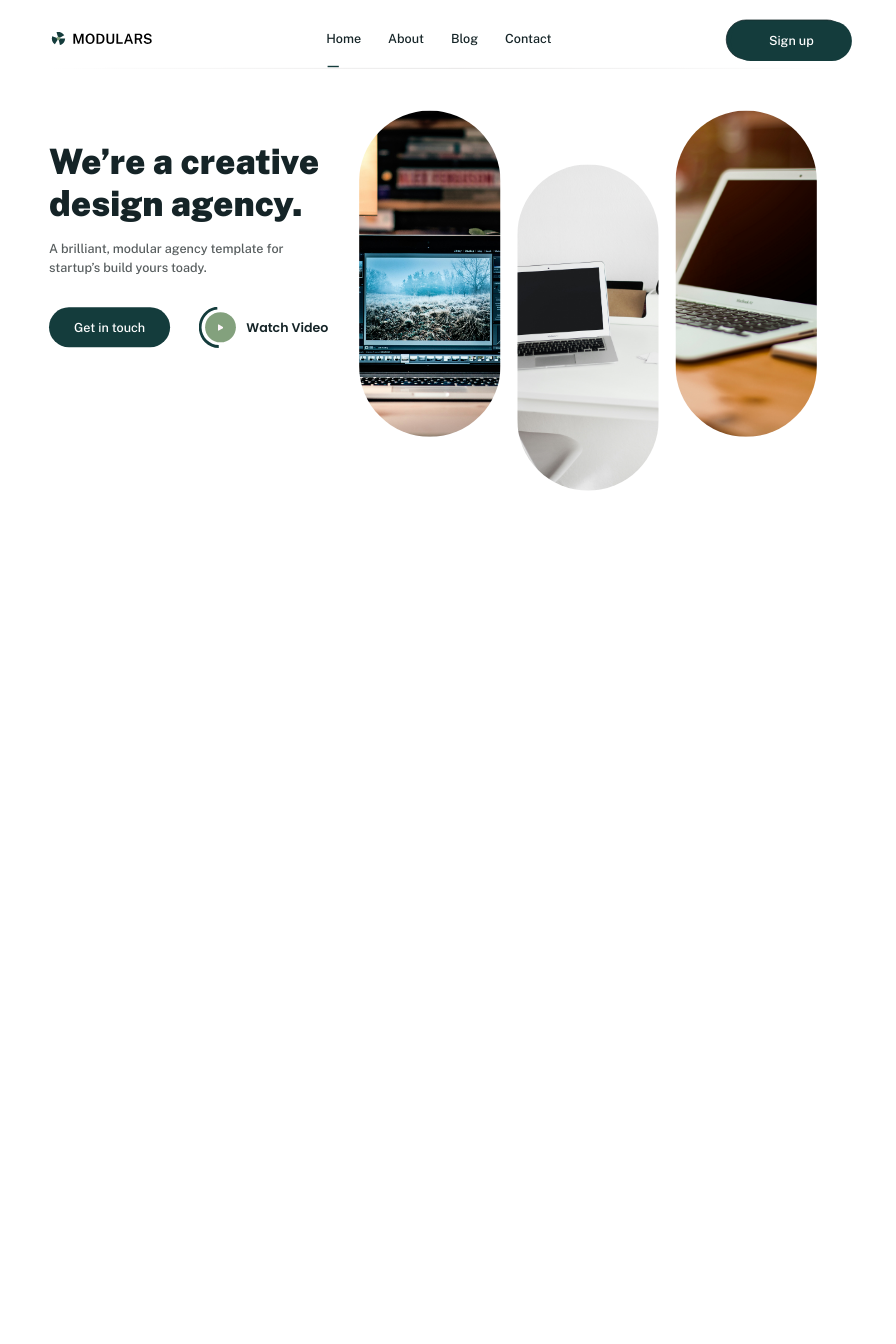
Repository: Learncode-every-day/Project-3.1
Page: index.html
An editor plug-in stored every save of this project. The page is shown before and after the next save, followed by the edit.
The browser window is 1280 px wide. The pictures show the part of the page from y = 0 to 1920 px (the page is 5015 px tall), at 70% of full size.

Above is the page before, as saved 2024-06-23 16:00:51.

### index.html
<!DOCTYPE html>
<html lang="en">
    <head>
        <meta charset="UTF-8" />
        <meta name="viewport" content="width=device-width, initial-scale=1.0" />
        <title>Project 3.1</title>
        <!-- Favicon -->
        <link
            rel="apple-touch-icon"
            sizes="57x57"
            href="./assets/favicon/apple-icon-57x57.png"
        />
        <link
            rel="apple-touch-icon"
            sizes="60x60"
            href="./assets/favicon/apple-icon-60x60.png"
        />
        <link
            rel="apple-touch-icon"
            sizes="72x72"
            href="./assets/favicon/apple-icon-72x72.png"
        />
        <link
            rel="apple-touch-icon"
            sizes="76x76"
            href="./assets/favicon/apple-icon-76x76.png"
        />
        <link
            rel="apple-touch-icon"
            sizes="114x114"
            href="./assets/favicon/apple-icon-114x114.png"
        />
        <link
            rel="apple-touch-icon"
            sizes="120x120"
            href="./assets/favicon/apple-icon-120x120.png"
        />
        <link
            rel="apple-touch-icon"
            sizes="144x144"
            href="./assets/favicon/apple-icon-144x144.png"
        />
        <link
            rel="apple-touch-icon"
            sizes="152x152"
            href="./assets/favicon/apple-icon-152x152.png"
        />
        <link
            rel="apple-touch-icon"
            sizes="180x180"
            href="./assets/favicon/apple-icon-180x180.png"
        />
        <link
            rel="icon"
            type="image/png"
            sizes="192x192"
            href="./assets/favicon/android-icon-192x192.png"
        />
        <link
            rel="icon"
            type="image/png"
            sizes="32x32"
            href="./assets/favicon/favicon-32x32.png"
        />
        <link
            rel="icon"
            type="image/png"
            sizes="96x96"
            href="./assets/favicon/favicon-96x96.png"
        />
        <link
            rel="icon"
            type="image/png"
            sizes="16x16"
            href="./assets/favicon/favicon-16x16.png"
        />
        <link rel="manifest" href="./assets/favicon/manifest.json" />
        <meta name="msapplication-TileColor" content="#ffffff" />
        <meta
            name="msapplication-TileImage"
            content="./assets/favicon/ms-icon-144x144.png"
        />
        <meta name="theme-color" content="#ffffff" />
        <!-- Reset CSS -->
        <link rel="stylesheet" href="./assets/css/reset.css" />
        <!-- Embed Fonts -->
        <link rel="stylesheet" href="./assets/fonts/stylesheet.css" />
        <!-- Style CSS -->
        <link rel="stylesheet" href="./assets/css/style.css" />
    </head>
    <body style="height: 5000px">
        <!-- Header -->
        <header class="header">
            <div class="container">
                <!-- Header top -->
                <div class="header-top">
                    <!-- Logo -->
                    <a href="#!">
                        <img src="./assets/icons/logo.svg" alt="Modulars" />
                    </a>

                    <!-- Navbar -->
                    <nav class="navbar">
                        <ul class="navbar__list">
                            <li class="navbar__item">
                                <a
                                    href="#!"
                                    class="navbar__link navbar__link--active"
                                    >Home</a
                                >
                            </li>
                            <li class="navbar__item">
                                <a href="#!" class="navbar__link">About</a>
                            </li>
                            <li class="navbar__item">
                                <a href="#!" class="navbar__link">Blog</a>
                            </li>
                            <li class="navbar__item">
                                <a href="#!" class="navbar__link">Contact</a>
                            </li>
                        </ul>
                    </nav>

                    <!-- Action -->
                    <button class="header-action">
                        <a href="#!" class="btn">Sign up</a>
                    </button>
                </div>
                <div class="separate-line"></div>
            </div>
        </header>

        <main>
            <!-- Hero -->
            <section class="hero">
                <div class="container">
                    <div class="hero__inner">
                        <!-- Hero Content -->
                        <section class="hero__content">
                            <h1 class="hero__heading">
                                We’re a creative design agency.
                            </h1>
                            <p class="hero__desc">
                                A brilliant, modular agency template for
                                startup’s build yours toady.
                            </p>
                            <div class="hero__row">
                                <a href="#!" class="btn">Get in touch</a>
                                <div class="hero-action">
                                    <div class="play-btn">
                                        <img
                                            src="./assets/icons/eclip.svg"
                                            alt="eclip"
                                            class="eclip-icon"
                                        />
                                        <img
                                            src="./assets/icons/play.svg"
                                            alt="Play button"
                                            class="play-icon"
                                        />
                                    </div>
                                    <span class="hero-action__desc"
                                        >Watch Video</span
                                    >
                                </div>
                            </div>
                        </section>

                        <!-- Hero Media -->
                        <div class="hero__media">
                            <figure>
                                <img
                                    src="./assets/img/header-1.jpg"
                                    alt=""
                                    class="hero__image"
                                />
                                <img
                                    src="./assets/img/header-2.jpg"
                                    alt=""
                                    class="hero__image"
                                />
                                <img
                                    src="./assets/img/header-3.jpg"
                                    alt=""
                                    class="hero__image"
                                />
                                <div class="circle"></div>
                            </figure>
                        </div>
                    </div>
                </div>
            </section>
        </main>
    </body>
</html>

### assets/css/reset.css
/* http://meyerweb.com/eric/tools/css/reset/
    v2.0 | 20110126
    License: none (public domain)
*/

html,
body,
div,
span,
applet,
object,
iframe,
h1,
h2,
h3,
h4,
h5,
h6,
p,
blockquote,
pre,
a,
abbr,
acronym,
address,
big,
cite,
code,
del,
dfn,
em,
img,
ins,
kbd,
q,
s,
samp,
small,
strike,
strong,
sub,
sup,
tt,
var,
b,
u,
i,
center,
dl,
dt,
dd,
ol,
ul,
li,
fieldset,
form,
label,
legend,
table,
caption,
tbody,
tfoot,
thead,
tr,
th,
td,
article,
aside,
canvas,
details,
embed,
figure,
figcaption,
footer,
header,
hgroup,
menu,
nav,
output,
ruby,
section,
summary,
time,
mark,
audio,
video {
    margin: 0;
    padding: 0;
    border: 0;
    font-size: 100%;
    font: inherit;
    vertical-align: baseline;
}
/* HTML5 display-role reset for older browsers */
article,
aside,
details,
figcaption,
figure,
footer,
header,
hgroup,
menu,
nav,
section {
    display: block;
}
body {
    line-height: 1;
}
ol,
ul {
    list-style: none;
}
blockquote,
q {
    quotes: none;
}
blockquote:before,
blockquote:after,
q:before,
q:after {
    content: "";
    content: none;
}
table {
    border-collapse: collapse;
    border-spacing: 0;
}

### assets/fonts/stylesheet.css
/* ================= Sonsie One ================= */
@font-face {
    font-family: "Sonsie One";
    src: url("SonsieOne/SonsieOne-Regular.woff2") format("woff2"),
        url("SonsieOne/SonsieOne-Regular.woff") format("woff");
    font-weight: normal;
    font-style: normal;
    font-display: swap;
}

/* ================= Public Sans ================= */
@font-face {
    font-family: "Public Sans";
    src: url("PublicSans/PublicSans-Bold.woff2") format("woff2"),
        url("PublicSans/PublicSans-Bold.woff") format("woff");
    font-weight: bold;
    font-style: normal;
    font-display: swap;
}

@font-face {
    font-family: "Public Sans";
    src: url("PublicSans/PublicSans-ExtraBold.woff2") format("woff2"),
        url("PublicSans/PublicSans-ExtraBold.woff") format("woff");
    font-weight: bold;
    font-style: normal;
    font-display: swap;
}

@font-face {
    font-family: "Public Sans";
    src: url("PublicSans/PublicSans-Light.woff2") format("woff2"),
        url("PublicSans/PublicSans-Light.woff") format("woff");
    font-weight: 300;
    font-style: normal;
    font-display: swap;
}

@font-face {
    font-family: "Public Sans";
    src: url("PublicSans/PublicSans-Medium.woff2") format("woff2"),
        url("PublicSans/PublicSans-Medium.woff") format("woff");
    font-weight: 500;
    font-style: normal;
    font-display: swap;
}

@font-face {
    font-family: "Public Sans";
    src: url("PublicSans/PublicSans-SemiBold.woff2") format("woff2"),
        url("PublicSans/PublicSans-SemiBold.woff") format("woff");
    font-weight: 600;
    font-style: normal;
    font-display: swap;
}

@font-face {
    font-family: "Public Sans";
    src: url("PublicSans/PublicSans-Regular.woff2") format("woff2"),
        url("PublicSans/PublicSans-Regular.woff") format("woff");
    font-weight: normal;
    font-style: normal;
    font-display: swap;
}

@font-face {
    font-family: "Public Sans";
    src: url("PublicSans/PublicSans-BlackItalic.woff2") format("woff2"),
        url("PublicSans/PublicSans-BlackItalic.woff") format("woff");
    font-weight: 900;
    font-style: italic;
    font-display: swap;
}

@font-face {
    font-family: "Public Sans";
    src: url("PublicSans/PublicSans-Black.woff2") format("woff2"),
        url("PublicSans/PublicSans-Black.woff") format("woff");
    font-weight: 900;
    font-style: normal;
    font-display: swap;
}

@font-face {
    font-family: "Public Sans";
    src: url("PublicSans/PublicSans-BoldItalic.woff2") format("woff2"),
        url("PublicSans/PublicSans-BoldItalic.woff") format("woff");
    font-weight: bold;
    font-style: italic;
    font-display: swap;
}

@font-face {
    font-family: "Public Sans";
    src: url("PublicSans/PublicSans-ExtraLight.woff2") format("woff2"),
        url("PublicSans/PublicSans-ExtraLight.woff") format("woff");
    font-weight: 200;
    font-style: normal;
    font-display: swap;
}

@font-face {
    font-family: "Public Sans";
    src: url("PublicSans/PublicSans-ExtraBoldItalic.woff2") format("woff2"),
        url("PublicSans/PublicSans-ExtraBoldItalic.woff") format("woff");
    font-weight: bold;
    font-style: italic;
    font-display: swap;
}

@font-face {
    font-family: "Public Sans";
    src: url("PublicSans/PublicSans-Italic.woff2") format("woff2"),
        url("PublicSans/PublicSans-Italic.woff") format("woff");
    font-weight: normal;
    font-style: italic;
    font-display: swap;
}

@font-face {
    font-family: "Public Sans";
    src: url("PublicSans/PublicSans-LightItalic.woff2") format("woff2"),
        url("PublicSans/PublicSans-LightItalic.woff") format("woff");
    font-weight: 300;
    font-style: italic;
    font-display: swap;
}

@font-face {
    font-family: "Public Sans";
    src: url("PublicSans/PublicSans-ExtraLightItalic.woff2") format("woff2"),
        url("PublicSans/PublicSans-ExtraLightItalic.woff") format("woff");
    font-weight: 200;
    font-style: italic;
    font-display: swap;
}

@font-face {
    font-family: "Public Sans";
    src: url("PublicSans/PublicSans-SemiBoldItalic.woff2") format("woff2"),
        url("PublicSans/PublicSans-SemiBoldItalic.woff") format("woff");
    font-weight: 600;
    font-style: italic;
    font-display: swap;
}

@font-face {
    font-family: "Public Sans";
    src: url("PublicSans/PublicSans-Thin.woff2") format("woff2"),
        url("PublicSans/PublicSans-Thin.woff") format("woff");
    font-weight: 100;
    font-style: normal;
    font-display: swap;
}

@font-face {
    font-family: "Public Sans";
    src: url("PublicSans/PublicSans-MediumItalic.woff2") format("woff2"),
        url("PublicSans/PublicSans-MediumItalic.woff") format("woff");
    font-weight: 500;
    font-style: italic;
    font-display: swap;
}

@font-face {
    font-family: "Public Sans";
    src: url("PublicSans/PublicSans-ThinItalic.woff2") format("woff2"),
        url("PublicSans/PublicSans-ThinItalic.woff") format("woff");
    font-weight: 100;
    font-style: italic;
    font-display: swap;
}

/* ================= Poppins ================= */
@font-face {
    font-family: "Poppins";
    src: url("Poppins/Poppins-LightItalic.woff2") format("woff2"),
        url("Poppins/Poppins-LightItalic.woff") format("woff");
    font-weight: 300;
    font-style: italic;
    font-display: swap;
}

@font-face {
    font-family: "Poppins";
    src: url("Poppins/Poppins-Light.woff2") format("woff2"),
        url("Poppins/Poppins-Light.woff") format("woff");
    font-weight: 300;
    font-style: normal;
    font-display: swap;
}

@font-face {
    font-family: "Poppins";
    src: url("Poppins/Poppins-Medium.woff2") format("woff2"),
        url("Poppins/Poppins-Medium.woff") format("woff");
    font-weight: 500;
    font-style: normal;
    font-display: swap;
}

@font-face {
    font-family: "Poppins";
    src: url("Poppins/Poppins-Italic.woff2") format("woff2"),
        url("Poppins/Poppins-Italic.woff") format("woff");
    font-weight: normal;
    font-style: italic;
    font-display: swap;
}

@font-face {
    font-family: "Poppins";
    src: url("Poppins/Poppins-Thin.woff2") format("woff2"),
        url("Poppins/Poppins-Thin.woff") format("woff");
    font-weight: 100;
    font-style: normal;
    font-display: swap;
}

@font-face {
    font-family: "Poppins";
    src: url("Poppins/Poppins-SemiBoldItalic.woff2") format("woff2"),
        url("Poppins/Poppins-SemiBoldItalic.woff") format("woff");
    font-weight: 600;
    font-style: italic;
    font-display: swap;
}

@font-face {
    font-family: "Poppins";
    src: url("Poppins/Poppins-Regular.woff2") format("woff2"),
        url("Poppins/Poppins-Regular.woff") format("woff");
    font-weight: normal;
    font-style: normal;
    font-display: swap;
}

@font-face {
    font-family: "Poppins";
    src: url("Poppins/Poppins-MediumItalic.woff2") format("woff2"),
        url("Poppins/Poppins-MediumItalic.woff") format("woff");
    font-weight: 500;
    font-style: italic;
    font-display: swap;
}

@font-face {
    font-family: "Poppins";
    src: url("Poppins/Poppins-SemiBold.woff2") format("woff2"),
        url("Poppins/Poppins-SemiBold.woff") format("woff");
    font-weight: 600;
    font-style: normal;
    font-display: swap;
}

@font-face {
    font-family: "Poppins";
    src: url("Poppins/Poppins-BoldItalic.woff2") format("woff2"),
        url("Poppins/Poppins-BoldItalic.woff") format("woff");
    font-weight: bold;
    font-style: italic;
    font-display: swap;
}

@font-face {
    font-family: "Poppins";
    src: url("Poppins/Poppins-BlackItalic.woff2") format("woff2"),
        url("Poppins/Poppins-BlackItalic.woff") format("woff");
    font-weight: 900;
    font-style: italic;
    font-display: swap;
}

@font-face {
    font-family: "Poppins";
    src: url("Poppins/Poppins-Black.woff2") format("woff2"),
        url("Poppins/Poppins-Black.woff") format("woff");
    font-weight: 900;
    font-style: normal;
    font-display: swap;
}

@font-face {
    font-family: "Poppins";
    src: url("Poppins/Poppins-ThinItalic.woff2") format("woff2"),
        url("Poppins/Poppins-ThinItalic.woff") format("woff");
    font-weight: 100;
    font-style: italic;
    font-display: swap;
}

@font-face {
    font-family: "Poppins";
    src: url("Poppins/Poppins-ExtraBold.woff2") format("woff2"),
        url("Poppins/Poppins-ExtraBold.woff") format("woff");
    font-weight: bold;
    font-style: normal;
    font-display: swap;
}

@font-face {
    font-family: "Poppins";
    src: url("Poppins/Poppins-Bold.woff2") format("woff2"),
        url("Poppins/Poppins-Bold.woff") format("woff");
    font-weight: bold;
    font-style: normal;
    font-display: swap;
}

@font-face {
    font-family: "Poppins";
    src: url("Poppins/Poppins-ExtraBoldItalic.woff2") format("woff2"),
        url("Poppins/Poppins-ExtraBoldItalic.woff") format("woff");
    font-weight: bold;
    font-style: italic;
    font-display: swap;
}

@font-face {
    font-family: "Poppins";
    src: url("Poppins/Poppins-ExtraLightItalic.woff2") format("woff2"),
        url("Poppins/Poppins-ExtraLightItalic.woff") format("woff");
    font-weight: 200;
    font-style: italic;
    font-display: swap;
}

@font-face {
    font-family: "Poppins";
    src: url("Poppins/Poppins-ExtraLight.woff2") format("woff2"),
        url("Poppins/Poppins-ExtraLight.woff") format("woff");
    font-weight: 200;
    font-style: normal;
    font-display: swap;
}

### assets/css/style.css
* {
    box-sizing: border-box;
}

:root {
    --bg-color: #143c3c;
    /* Màu thay thế */
    --primary-color: #152427;
    --desc-color: #7d8188;
}

html {
    font-size: 62.5%;
}

body {
    font-size: 1.6rem;
    font-family: "Public Sans";
}

/* ===== Common ===== */
a {
    text-decoration: none;
}

input,
textarea,
select,
button {
    font-family: inherit;
    font-size: inherit;
}

.container {
    width: 1140px;
    max-width: calc(100% - 48px);
    margin: 0 auto;
}

.section-heading {
    color: var(--primary-color);
    font-family: Poppins;
    font-size: 4.2rem;
    font-weight: 600;
    line-height: 1.24; /* 123.81% */
}

.section-desc {
    color: var(--desc-color);
    font-family: Poppins;
    font-size: 1.4rem;
    font-weight: 500;
    line-height: 1.71; /* 171.429% */
}

.btn {
    display: flex;
    align-items: center;
    justify-content: center;
    min-width: 173px;
    height: 57px;
    border-radius: 40px;
    background: var(--bg-color);
    color: #fff;
    font-size: 1.8rem;
    font-weight: 500;
    line-height: 1.56; /* 155.556% */
}

/* ===== Header ===== */
.header {
    position: sticky;
    top: 0;
    background: #fff;
    z-index: 9999;
}

.header-top {
    margin-top: 15px;
    padding: 13px 0;
    display: flex;
    align-items: center;
    justify-content: space-between;
}

.navbar__list {
    display: flex;
    min-width: 322px;
    justify-content: space-between;
}

.navbar__link {
    position: relative;
    color: var(--primary-color);
    font-size: 1.8rem;
    font-weight: 500;
    line-height: 1.56; /* 155.556% */
}

.navbar__link--active::before {
    position: absolute;
    content: "";
    left: 2px;
    bottom: -30px;
    width: 16px;
    height: 2px;
    background: var(--bg-color);
}

.header-action {
    width: 173px;
    height: 57px;
    border-radius: 40px;
    border: 1.5px solid var(--primary-color);
    background: var(--bg-color);
}

.separate-line {
    margin-top: -1px;
    width: 100%;
    height: 1px;
    background: linear-gradient(
        90deg,
        #fff 0%,
        #dddcdc 51.09%,
        rgba(212, 212, 212, 0) 99.68%
    );
}

/* ===== Hero ===== */
.hero__inner {
    display: flex;
    justify-content: space-between;
}

.hero__content {
    width: 35%;
}

.hero__heading {
    margin-top: 103px;
    color: var(--primary-color);
    font-size: 5rem;
    font-weight: 800;
    line-height: 1.2; /* 120% */
}

.hero__desc {
    margin-top: 20px;
    color: #575d5e;
    font-size: 1.8rem;
    font-weight: 500;
    line-height: 1.56; /* 155.556% */
}

.hero__row {
    margin-top: 42px;
    display: flex;
    align-items: center;
    justify-content: space-between;
}

.hero-action {
    position: relative;
    display: flex;
    align-items: center;
    justify-content: center;
}

.hero-action__desc {
    color: var(--primary-color);
    font-family: Poppins;
    font-size: 1.8rem;
    font-weight: 600;
    line-height: 1.67; /* 166.667% */
}

.play-btn {
    margin-right: 15px;
    display: flex;
    align-items: center;
    justify-content: center;
    width: 44px;
    height: 43px;
    border-radius: 50%;
    background: #83a17d;
}

.eclip-icon {
    position: absolute;
    left: -9px;
    bottom: -8px;
}

.hero__media {
    position: relative;
    display: flex;
    margin-right: 23px;
    padding-top: 60px;
}

.hero__image {
    margin-right: 20px;
    height: 466px;
    width: 202px;
    object-fit: cover;
    border-radius: 999px;
}

.hero__image:nth-child(2) {
    transform: translateY(77px);
}

.hero__image:last-child {
    margin-right: 0;
}

.circle {
    position: absolute;
}

After the next save:
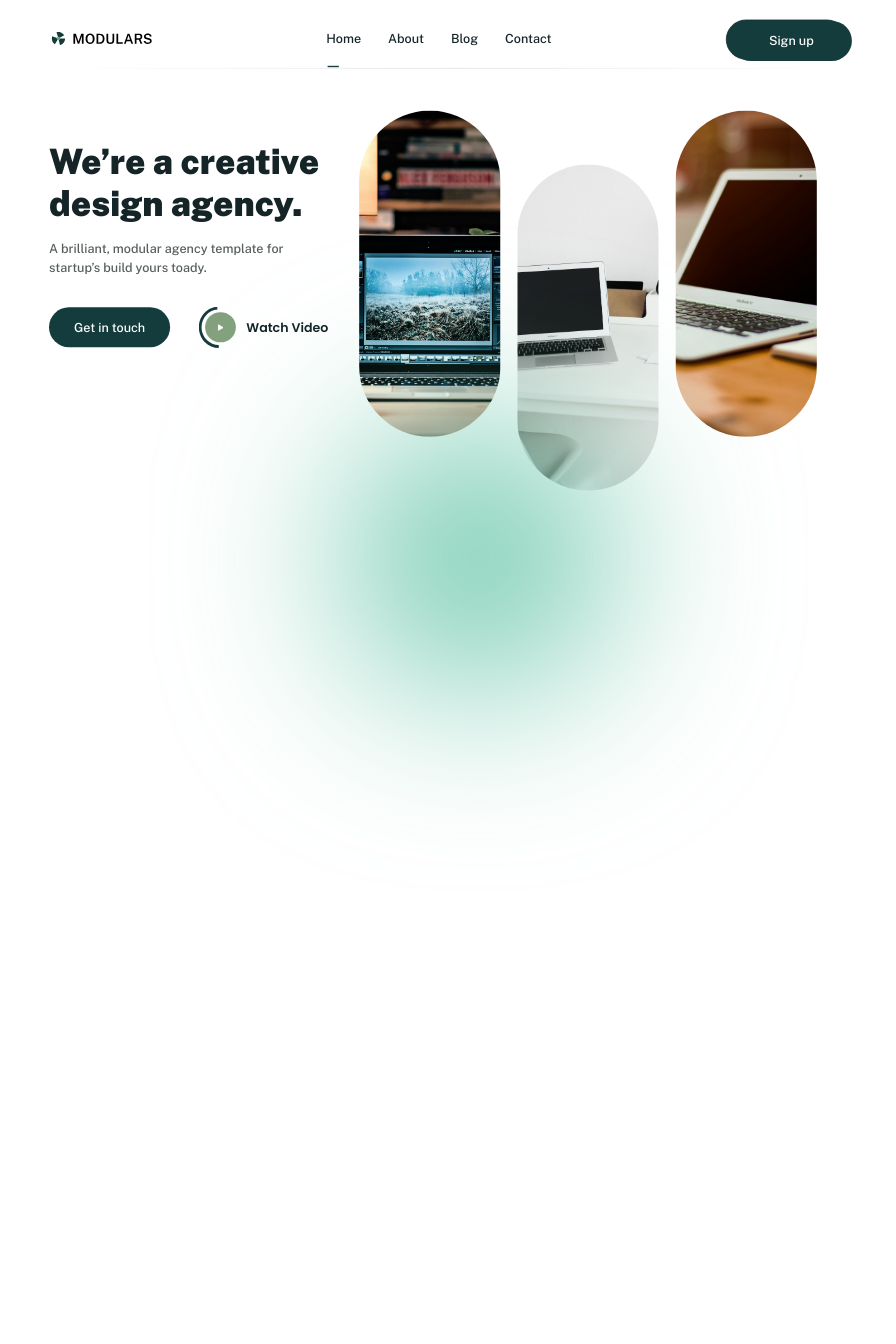
Saved 27 s later.
--- a/assets/css/style.css
+++ b/assets/css/style.css
@@ -217,4 +217,9 @@
 
 .circle {
     position: absolute;
-}
+    width: 340px;
+    height: 340px;
+    border-radius: 50%;
+    background: #4dbb9a;
+    filter: blur(137px);
+}
